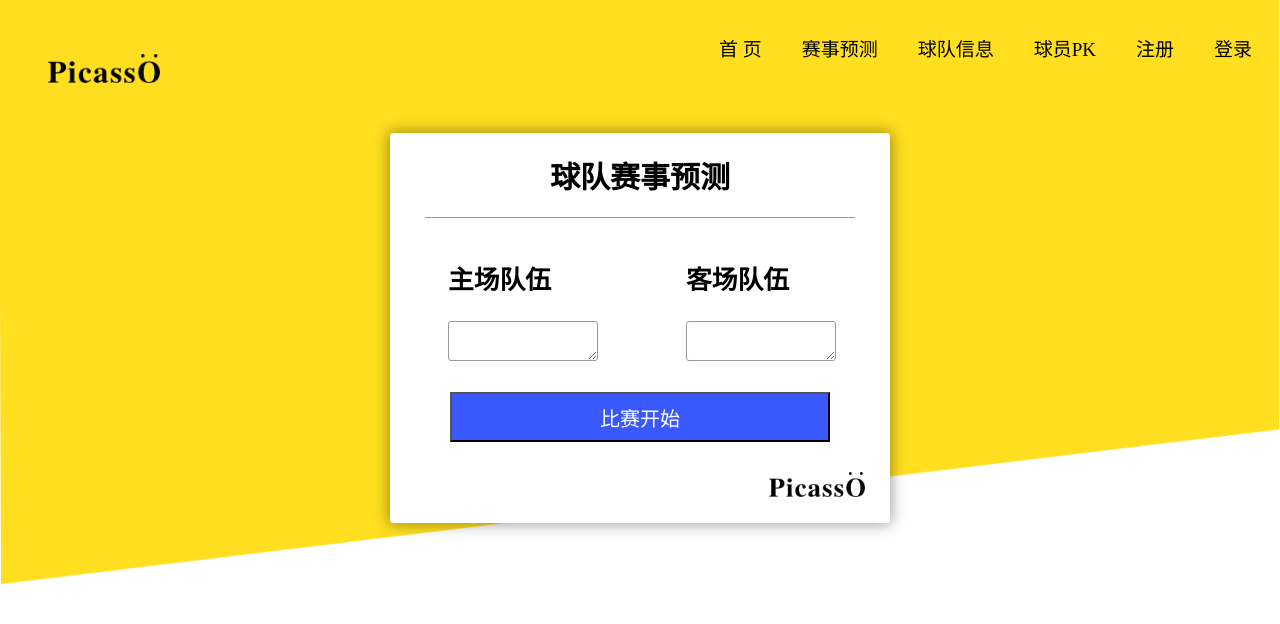
Repository: cciixx/nba-prediction-sys
Page: public/live_index.html
These files come from the project's save history. The page is drawn as it stood at one moment and after the next save; the edit follows.
The browser window is 1280 px wide. The pictures show the whole page.

Above is the page before, as saved 2020-04-03 20:24:52.

### public/live_index.html
<!doctype html>
<html>
<head>
<meta charset="utf-8">
<title>NBA预测系统-赛事预测</title>
    <link  href="css/navl.css" rel="stylesheet" type="text/css">
    <link  href="css/predict.css" rel="stylesheet" type="text/css">
    <script src="JS/jquery-3.4.1.js"></script>
    <script src="JS/live_index.js"></script>
	<style>
		body{background-image: url(images/half_yellow.png);}
	</style>
</head>

<body>
    <div class="header">
        <ul class='navl'style="background-color: blueviolet;">
            <li><a href="login.html">登录</a></li>
            <li><a href="register.html">注册</a></li>
            <li><a href="PK_index.html">球员PK</a></li>
            <li><a href="team.html">球队信息</a></li>
            <li><a href="predict.html">赛事预测</a></li>
            <li><a href="first.html">首 页</a></li>
            <img src="images/logo.png">
        </ul>
    </div>

    <div class="wrapper">
        <div class="bg">
            <h2 style="font-size: 30px;">球队赛事预测</h2>
            <div style="overflow: hidden;">
                <div class='box'><h3>主场队伍</h3><textarea></textarea></div>
                <div class='box'><h3>客场队伍</h3><textarea></textarea></div>
            </div>
            <div id="live_text"></div>
            <div style="text-align: center;"><input class="btn" type="submit" id="live" value="比赛开始"></div>
            <img src="images/logo.png">
        </div>
    </div>

</body>
</html>

### public/css/navl.css
/* CSS Document */
body{
	background-repeat: no-repeat;
	background-position: top;
	background-size: 100%, 100%;
	background-attachment: fixed;
}
.header{
    overflow: hidden;
}
.btn{
	background: #3a59fd;
	font-family: '方正小标宋简体';
	color: white;
}
.navl ul{
	margin: 30px;
	width: 600px;
	height: 300px;
	color: #030303;
	position: absolute;
	top: 10px;
}
.navl li{
		height: 29px;
		width: fit-content;
		margin: 10px;
		list-style: none;
		float: right;
}
.navl img{
	float: left;
	height: 29px;
}
.navl a{
	margin: 0px 10px;
	color:#030303;
	text-align: left;
	text-decoration: none;
	font-size: 19px;
}
.wrapper{
    width: 100%;
}

### public/css/predict.css
/* CSS Document */
.bg{
	width: 500px;
	height: 390px;
	margin: 50px auto;
	font-size: 26px;
	background: white;
	border: 0 none;
    border-radius: 3px;
    box-shadow: 0 0 15px 1px rgba(0, 0, 0, 0.4);
    box-sizing: border-box;
}
.box{
    font-size: 22px;
    width: 40%;
    float: left;
    margin-left: 38px;
}
h2{
    text-align: center;
    border-bottom: 1px solid #999999;
    padding: 20px;
    margin: 35px;
    margin-bottom: 15px;
}
h3{
    margin-left: 20px;
}
textarea {
    font-size: 20px;
	height:40px;
	width:150px;
	margin-left:20px;
    border: 1px solid #999999;
    border-radius: 3px;
    box-sizing: border-box;
    color: #2C3E50;
}
input{
    font-size: 20px;
    width: 380px;
    height: 50px;
    text-align: center;
    margin-top: 25px;
}

img{
    height: 25px;
    float: right;
    margin-top: 30px;
    margin-right: 25px;
}

### public/JS/live_index.js
$('document').ready(function() {
    $('.live').on('click',
    $.ajax({
        type: "GET",
        url: "/routes/live_index.js",
        dataType: "json",
        success: function(data) {
            var live = data.live
            $("#live_text").text(live);
        }
    })
    )
})

### public/css/search.css
/* CSS Document */
.bg{
	width: 500px;
	height: 390px;
	margin: 50px auto;
	font-size: 26px;
	background: white;
	border: 0 none;
    border-radius: 3px;
    box-shadow: 0 0 15px 1px rgba(0, 0, 0, 0.4);
    box-sizing: border-box;
}
.box{
    font-size: 22px;
    width: 40%;
    float: left;
    margin-left: 38px;
}
h2{
    text-align: center;
    border-bottom: 1px solid #999999;
    padding: 20px;
    margin: 35px;
    margin-bottom: 15px;
}
h3{
    margin-left: 20px;
}
textarea {
    font-size: 20px;
	height:40px;
	width:150px;
	margin-left:20px;
    border: 1px solid #999999;
    border-radius: 3px;
    box-sizing: border-box;
    color: #2C3E50;
}
input{
    font-size: 20px;
    width: 380px;
    height: 50px;
    text-align: center;
    margin-top: 25px;
}

img{
    height: 25px;
    float: right;
    margin-top: 30px;
    margin-right: 25px;
}

Loaded but not shown: public/JS/jquery-3.4.1.js (library)

After the next save:
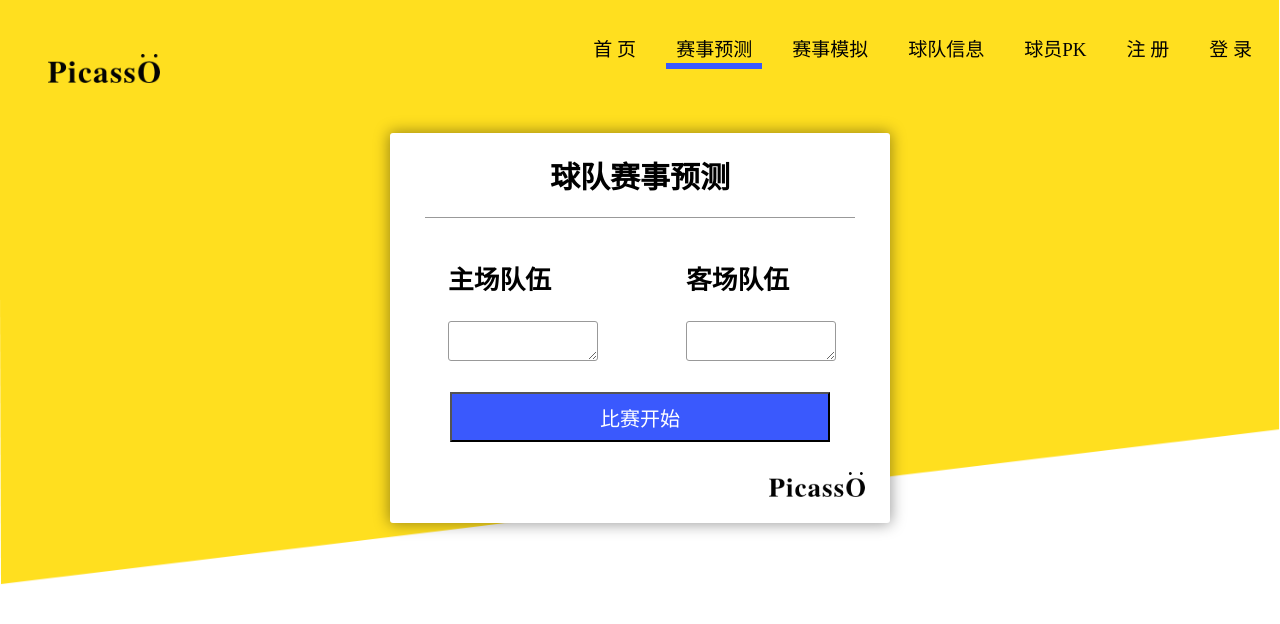
Saved 21 s later.
--- a/public/live_index.html
+++ b/public/live_index.html
@@ -4,7 +4,7 @@
 <meta charset="utf-8">
 <title>NBA预测系统-赛事预测</title>
     <link  href="css/navl.css" rel="stylesheet" type="text/css">
-    <link  href="css/predict.css" rel="stylesheet" type="text/css">
+    <link  href="css/search.css" rel="stylesheet" type="text/css">
     <script src="JS/jquery-3.4.1.js"></script>
     <script src="JS/live_index.js"></script>
 	<style>
@@ -14,16 +14,16 @@
 
 <body>
     <div class="header">
-        <ul class='navl'style="background-color: blueviolet;">
-            <li><a href="login.html">登录</a></li>
-            <li><a href="register.html">注册</a></li>
+        <ul class='navl'>
+            <li><a href="login.html">登 录</a></li>
+            <li><a href="register.html">注 册</a></li>
             <li><a href="PK_index.html">球员PK</a></li>
             <li><a href="team.html">球队信息</a></li>
-            <li><a href="predict.html">赛事预测</a></li>
+            <li><a href="live_index.html">赛事模拟</a></li>
+            <li style="border-bottom: 6px solid #3a59fd;"><a href="predict.html">赛事预测</a></li>
             <li><a href="first.html">首 页</a></li>
             <img src="images/logo.png">
-        </ul>
-    </div>
+        </ul></div>
 
     <div class="wrapper">
         <div class="bg">
